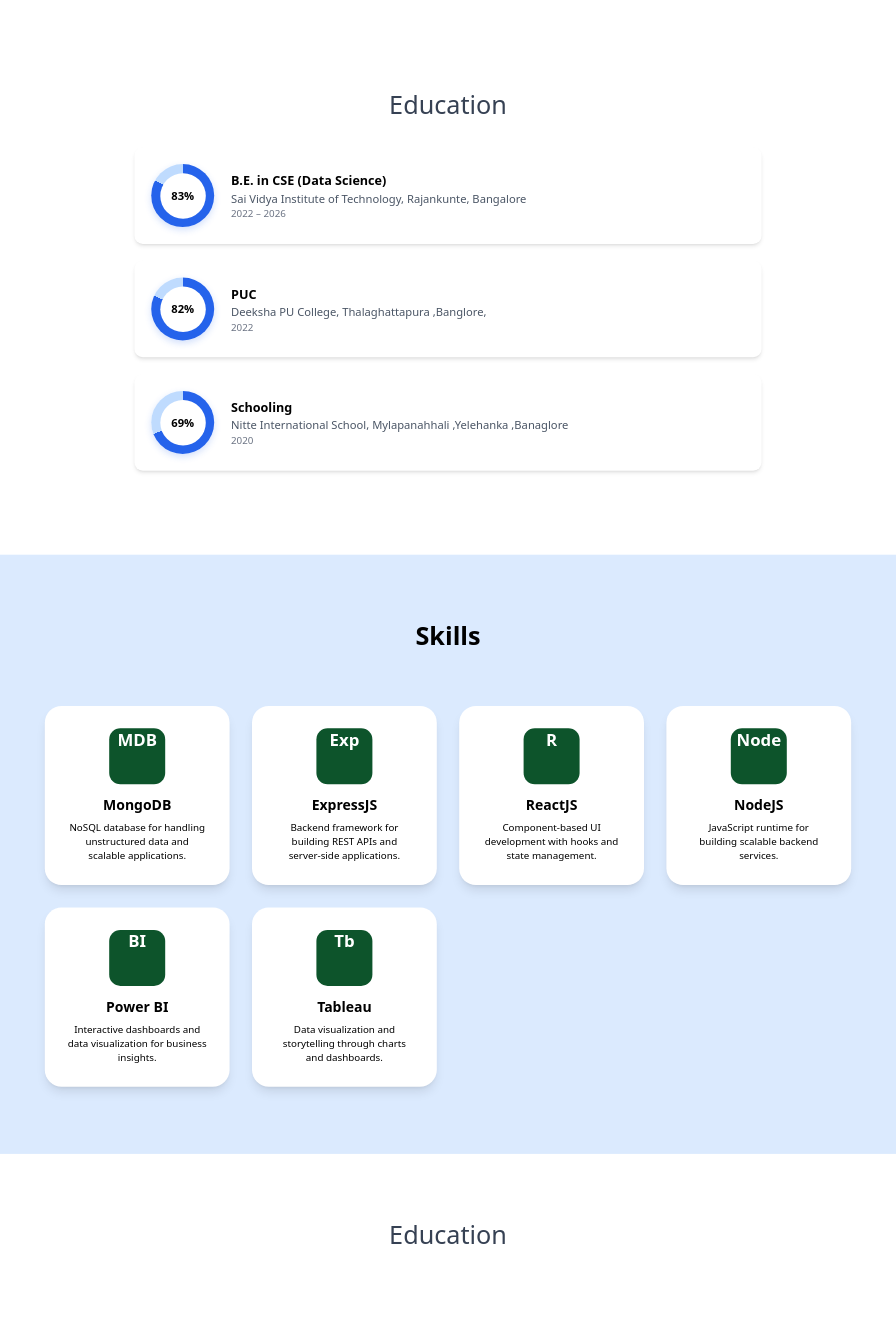
Repository: Rhaashee/myProfile
Page: index.html
An editor plug-in stored every save of this project. The page is shown before and after the next save, followed by the edit.
The browser window is 1280 px wide. The pictures show the part of the page from y = 1959 to 3879 px (the page is 3879 px tall before and 3607 px after), at 70% of full size.

Above is the page before, as saved 2026-04-29 16:39:32.
Console error: SyntaxError: Identifier 'projectsData' has already been declared

After the next save:
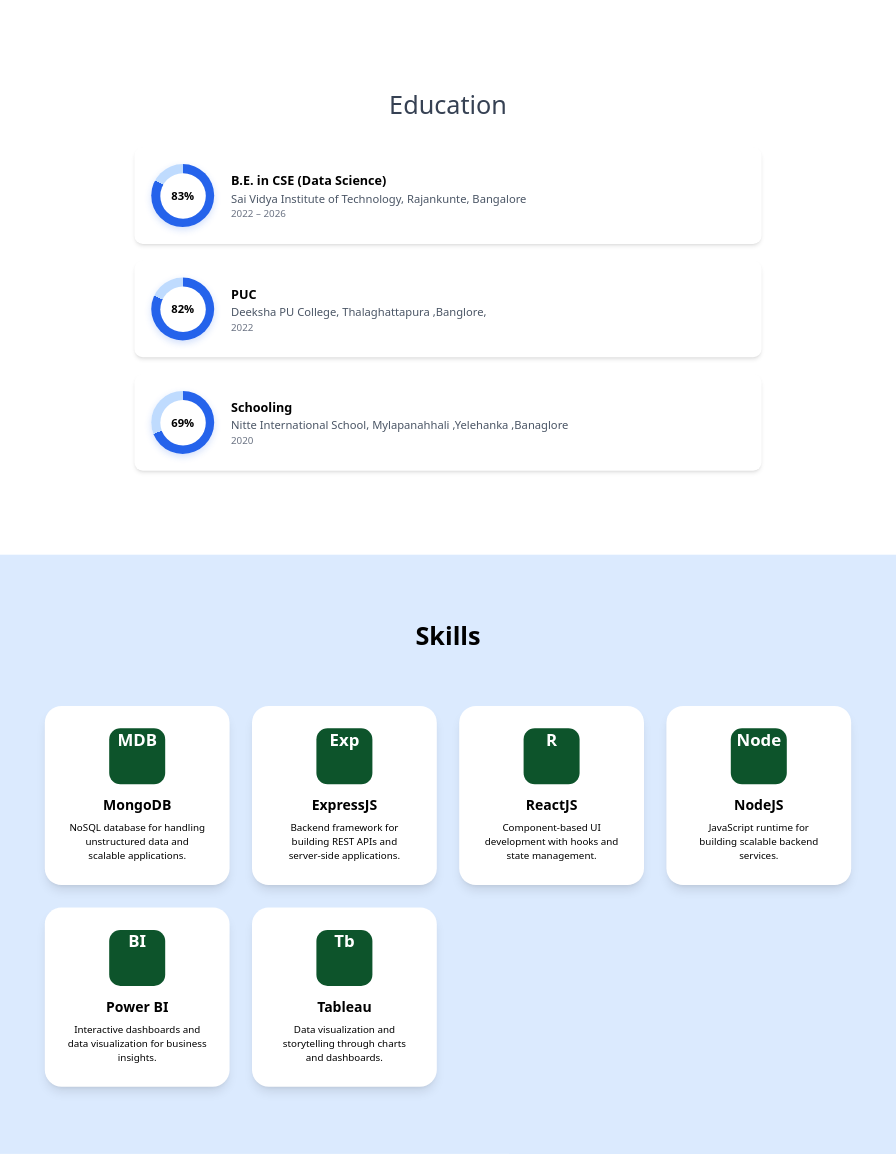
Saved 6 s later.
--- a/index.html
+++ b/index.html
@@ -219,21 +219,7 @@
         </div>
 
     </div>
-    <!--Education and experience-->
-    <section id="experience" class="py-24 px-8 lg:px-16">
-
-        <div class="max-w-4xl mx-auto">
-
-            <h2 class="text-4xl text-gray-700 text-center mb-10">
-                Education
-            </h2>
-
-            <!-- Dynamic Education -->
-            <div id="education-container"></div>
-
-        </div>
-
-    </section>
+
     <!-- SWIPE TO HOME BUTTON -->
 
     <button id="home-swiper"
